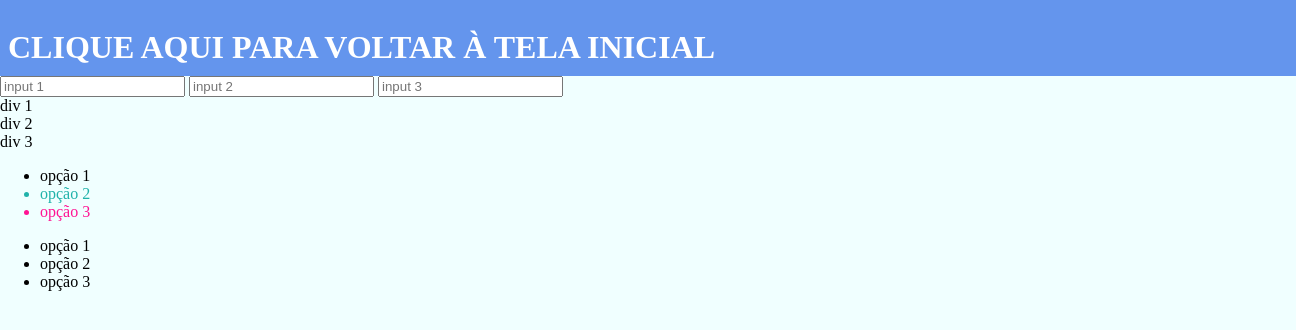
Repository: 2001mariana/jquery
Page: select-elements-part2.html
These files come from the project's save history. The page is drawn as it stood at one moment and after a run of saves; the edit follows.
The browser window is 1280 px wide. The page is 1296 px wide, then 1280 px, so the pictures cover 1296 px, including what lies to the right of the window. The pictures show the whole page.

Above is the page before, as saved 2022-08-04 15:32:00.
Console error: ReferenceError: script is not defined

After the next 2 saves:
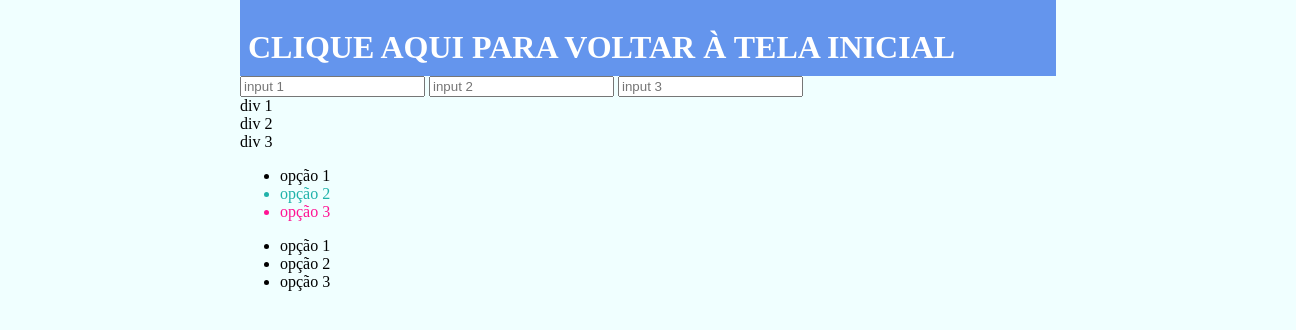
The error is gone.
The 2 saves are shown as one change because they came seconds apart.
The last was saved 8 s later.
--- a/select-elements-part2.html
+++ b/select-elements-part2.html
@@ -60,8 +60,6 @@
 
         $('.lista1 li.exemplo2:even').css("color", "#20B2AA")
 		$('.lista1 li.exemplo2:odd').css("color", "	#FF1493")
-		<script>
 		$("body").css("width", "800px")
-    </script>
 	</script>
 </html>
